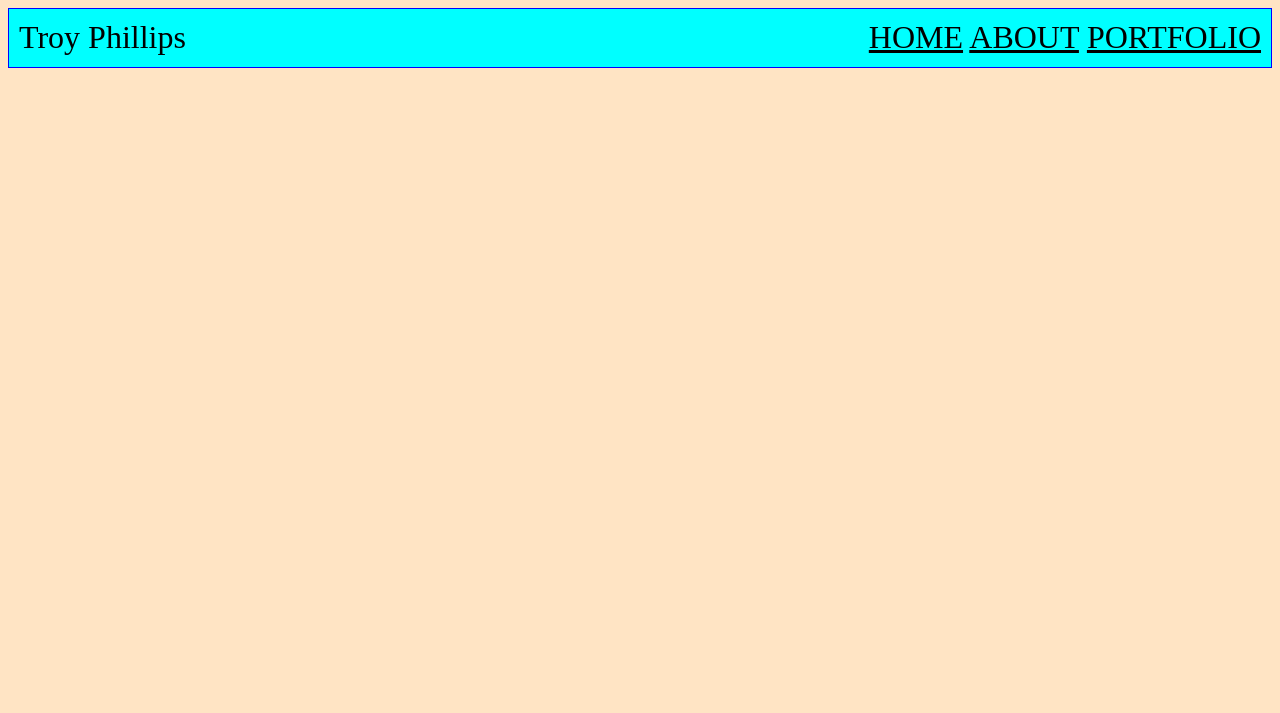
Repository: TheTroyPhillips/Personal-website
Page: portfolio.html
These files come from the project's save history. The page is drawn as it stood at one moment and after a run of saves; the edit follows.
The browser window is 1280 px wide. The pictures show the whole page.

Above is the page before, as saved 2023-09-10 22:29:03.

After the next 2 saves:
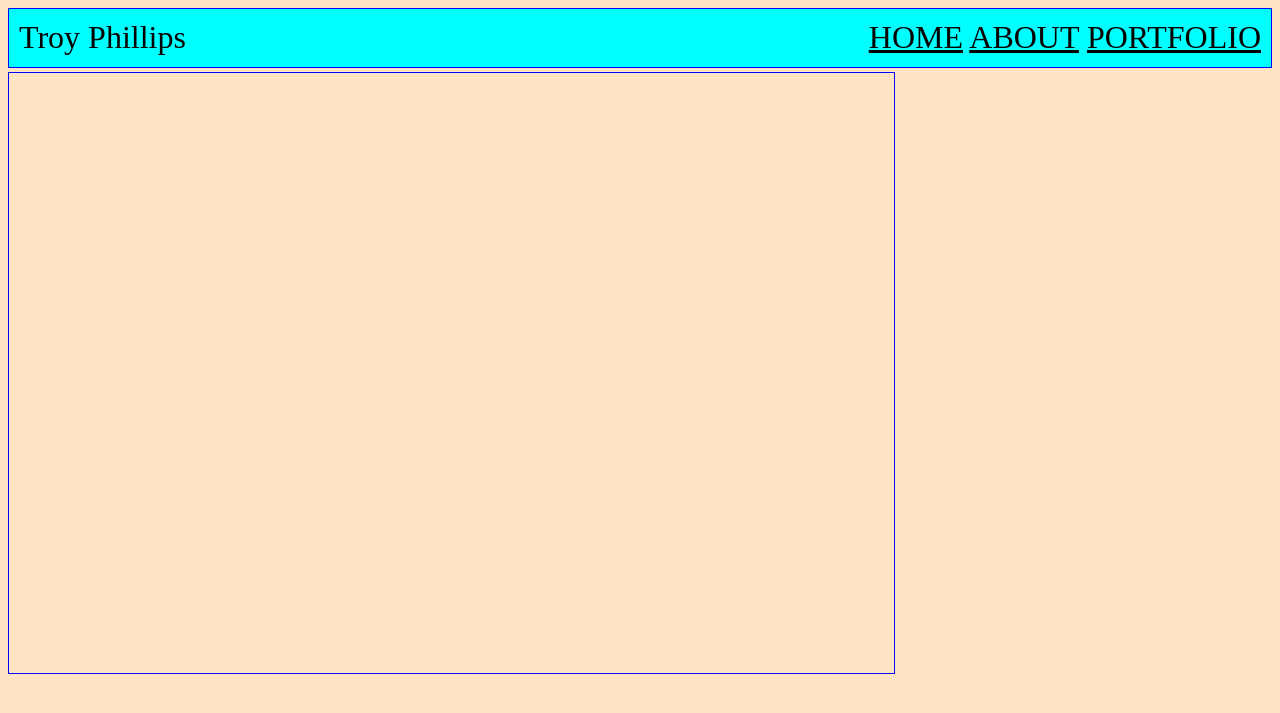
The 2 saves are shown as one change because they came seconds apart.
The last was saved 8 s later.
--- a/style.css
+++ b/style.css
@@ -47,4 +47,8 @@ p{
 h2{
     font-size: 3rem;
 }
-child
+.childc{
+    width: 70%;
+    height: 600px;
+    border: 1px solid blue
+}

After the 2 saves that followed:
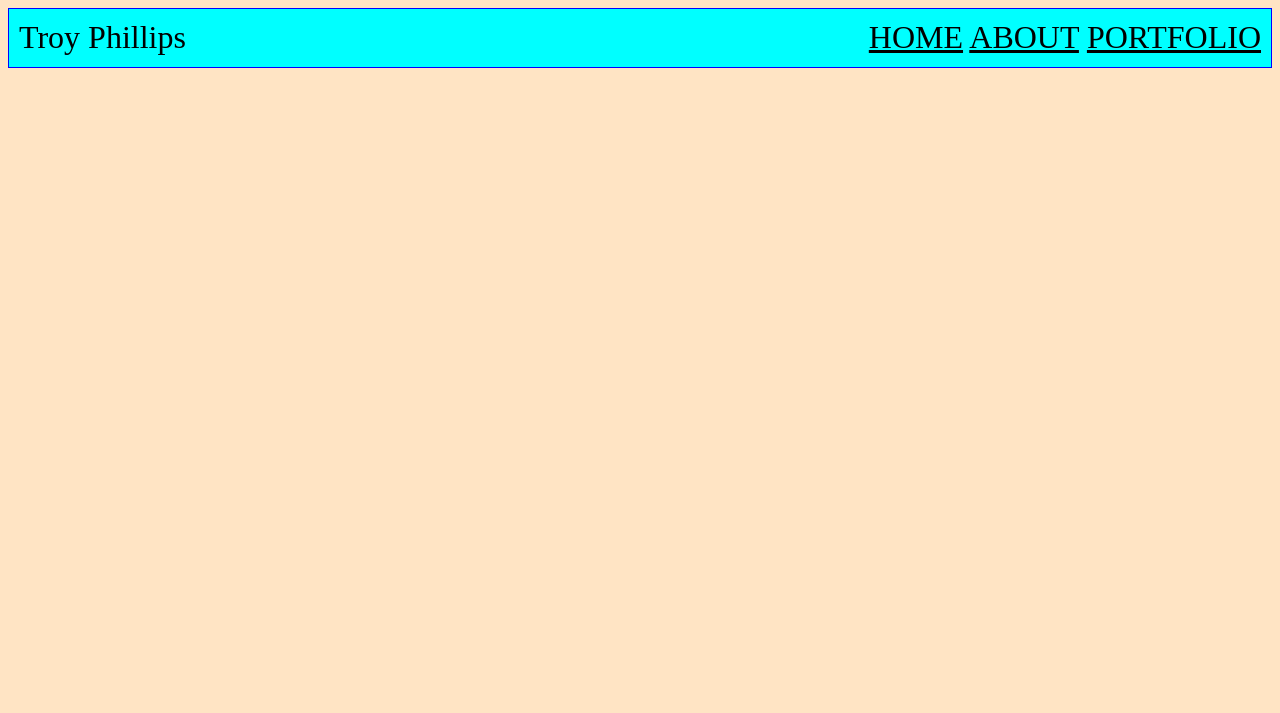
The 2 saves are shown as one change because 1 left the picture as it was.
The last was saved 13 s later.
--- a/style.css
+++ b/style.css
@@ -51,4 +51,5 @@ h2{
     width: 70%;
     height: 600px;
     border: 1px solid blue
+    m
 }
